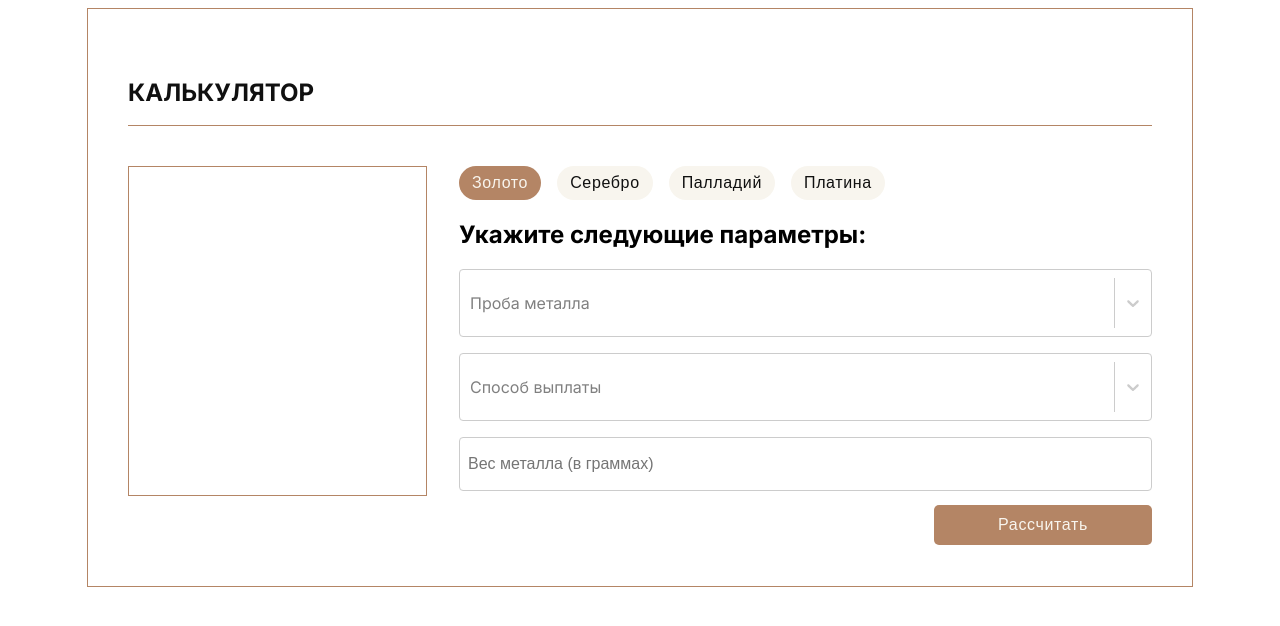
Repository: Kirill2034/Calculator-metal
Page: /
The author's editor kept a copy of each file at every save. The page is drawn from the files as they stood at one save, then again after the next save.
The browser window is 1280 px wide. The pictures show the whole page.
The project was rebuilt for these pictures with package versions that can differ from the ones it lists, and the page was loaded fresh each time.

Above is the page before, as saved 2021-11-27 20:55:46.

After the next save:
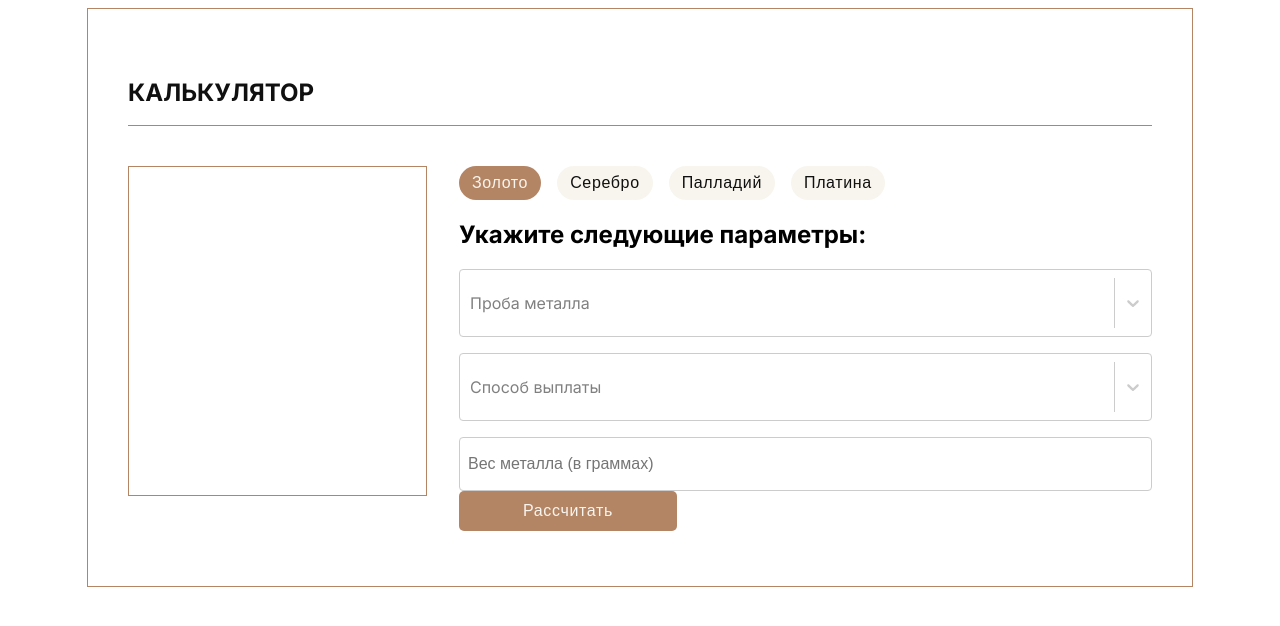
Saved 18 s later.
--- a/src/App.css
+++ b/src/App.css
@@ -78,4 +78,4 @@
   margin-bottom: 16px;
 }
 
-.App .calculate h2 {color: transparent}
+.App .calculate h2 {display: none;}
